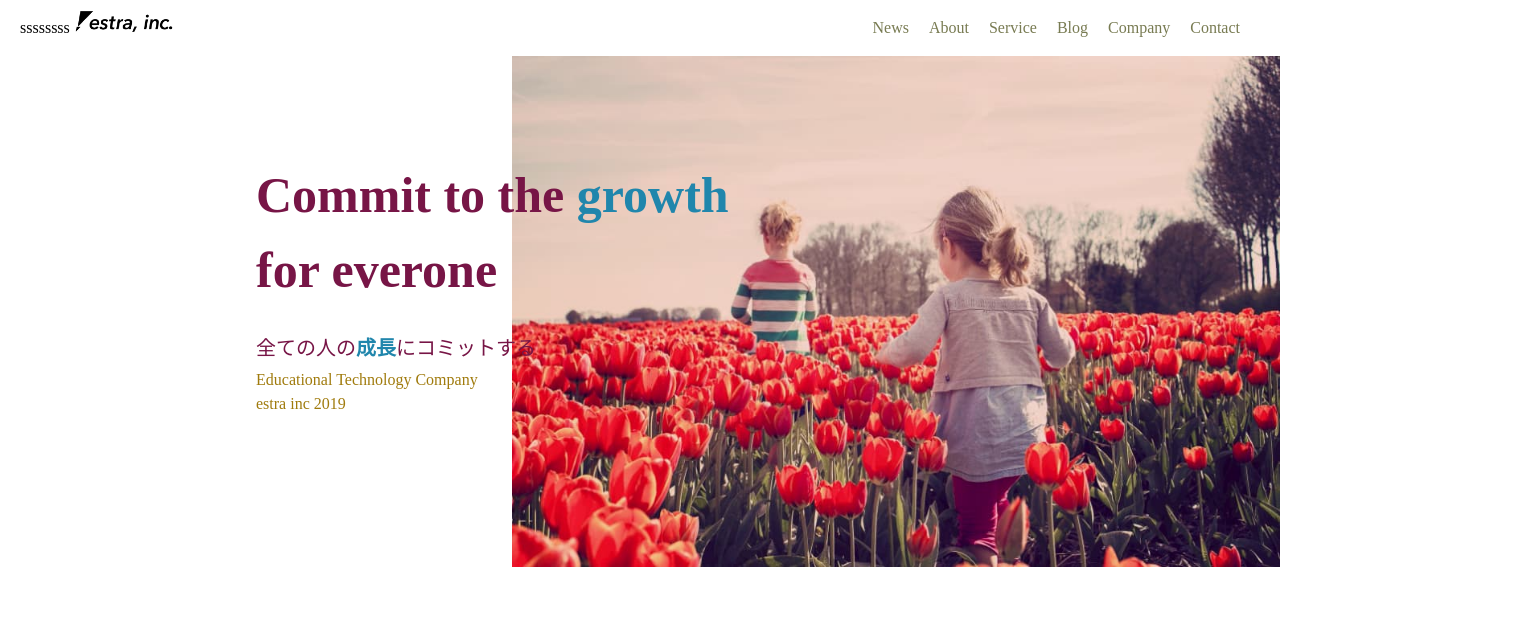
Repository: masanarimiura/20220504miura
Page: index.html
An editor plug-in stored every save of this project. The page is shown before and after a run of saves, followed by the edit.
The browser window is 1280 px wide. The page is 1536 px wide, so the pictures cover 1536 px, including what lies to the right of the window. The pictures show the whole page.
Some web fonts or font styles are not loaded; a fallback is used.

Above is the page before, as saved 2022-05-04 18:42:38.

### index.html
<!DOCTYPE html>
<html lang="ja">

<head>
  <meta charset="UTF-8">
  <meta http-equiv="X-UA-Compatible" content="IE=edge">
  <meta name="viewport" content="width=device-width, initial-scale=1.0">
  <title>20220504miura</title>
  <link rel="stylesheet" href="css/reset.css">
  <link rel="stylesheet" href="css/style.css">
  <link rel="preconnect" href="https://fonts.googleapis.com">
  <link rel="preconnect" href="https://fonts.gstatic.com" crossorigin>
  <link href="https://fonts.googleapis.com/css2?family=Gochi+Hand&display=swap" rel="stylesheet">
</head>
<header class="header">
  <div class="header-inner">
    <div class="header-logo">
      <a href="">ssssssss
        <img src="img/estra_logo.png" alt="">
      </a>
    </div>
    <nav class="header-nav">
      <ul class="header-nav-list">
        <li class="header-nav-item"><a href="" class="header-nav-link">
            News
          </a></li>
        <li class="header-nav-item"><a href="" class="header-nav-link">
            About
          </a></li>
        <li class="header-nav-item"><a href="" class="header-nav-link">
            Service
          </a></li>
        <li class="header-nav-item"><a href="" class="header-nav-link">
            Blog
          </a></li>
        <li class="header-nav-item"><a href="" class="header-nav-link">
            Company
          </a></li>
        <li class="header-nav-item"><a href="" class="header-nav-link">
            Contact
          </a></li>
      </ul>
    </nav>
  </div>
</header>
<div class="firstview">
  <img src="img/firstview.jpg" alt="">
  <div class="firstview-inner">
    <h2 class="firstview-ttl">
      Commit to the <span class="firstview-text-emphasis">growth</span> <br>for everone
    </h2>
    <div class="firstview">
      <p class="firstview-text">
        全ての人の<span class="firstview-text-emphasis">成長</span>にコミットする
      </p>
      <p class="firstview-en">
        Educational Technology Company <br>estra inc 2019
      </p>
    </div>
  </div>

</div>

<body>

</body>

</html>

### css/style.css
a {
  text-decoration: none;
  color: inherit;
}
.header {
  width: 100%;
}
.header-inner {
  display: flex;
  justify-content: space-between;
  margin: 10px 20px;
}
.header img {
  width: 100px;
}
.header-nav {
  margin: 10px 20px;
}
.header-nav-list {
  display: flex;
  justify-content: center;
}
.header-nav-item {
  color: rgb(120, 123, 82);
}
.header-nav-item:not(:last-child) {
  padding-right: 20px;
}
.firstview {
  width: 100%;
  position: relative;
}
.firstview-inner {
  position: absolute;
  top: 20%;
  left: 20%;
  width: 100%;
}
.firstview img {
  width: 60%;
  margin: 0 0 0 auto;
  display: block;
}
.firstview-ttl {
  color: rgb(119, 21, 70);
  font-size: 50px;
  font-family: "Gochi Hand", cursive;
  line-height: 1.5;
}
.firstview-text {
  color: rgb(119, 21, 70);
  font-size: 20px;
  margin-top: 30px;
}
.firstview-en {
  color: rgb(160, 123, 13);
  line-height: 1.5;
  margin-top: 10px;
}
.firstview-text-emphasis {
  color: rgb(32, 134, 172);
  font-weight: bold;
}

Loaded but not shown: css/reset.css (common file)

After the next 2 saves:
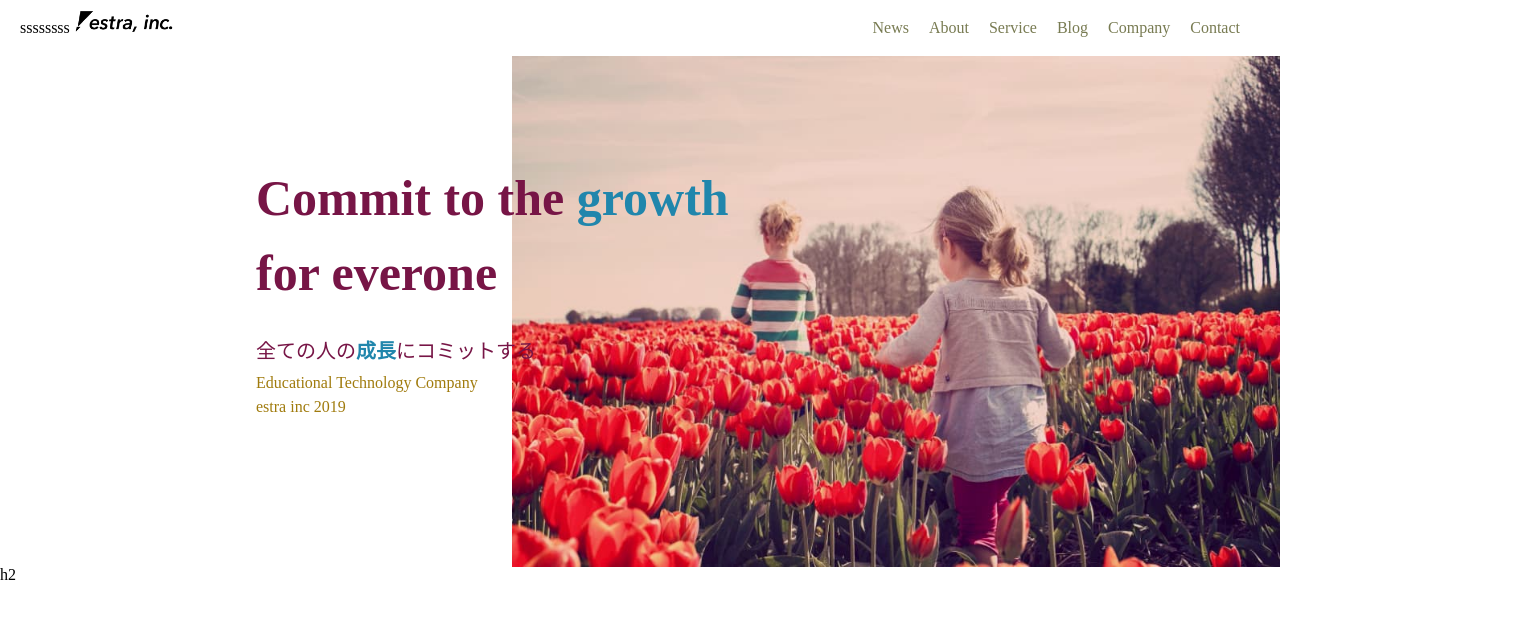
The 2 saves are shown as one change because they came seconds apart.
The last was saved 77 s later.
--- a/index.html
+++ b/index.html
@@ -58,7 +58,7 @@
       </p>
     </div>
   </div>
-
+  h2
 </div>
 
 <body>

After the save that followed:
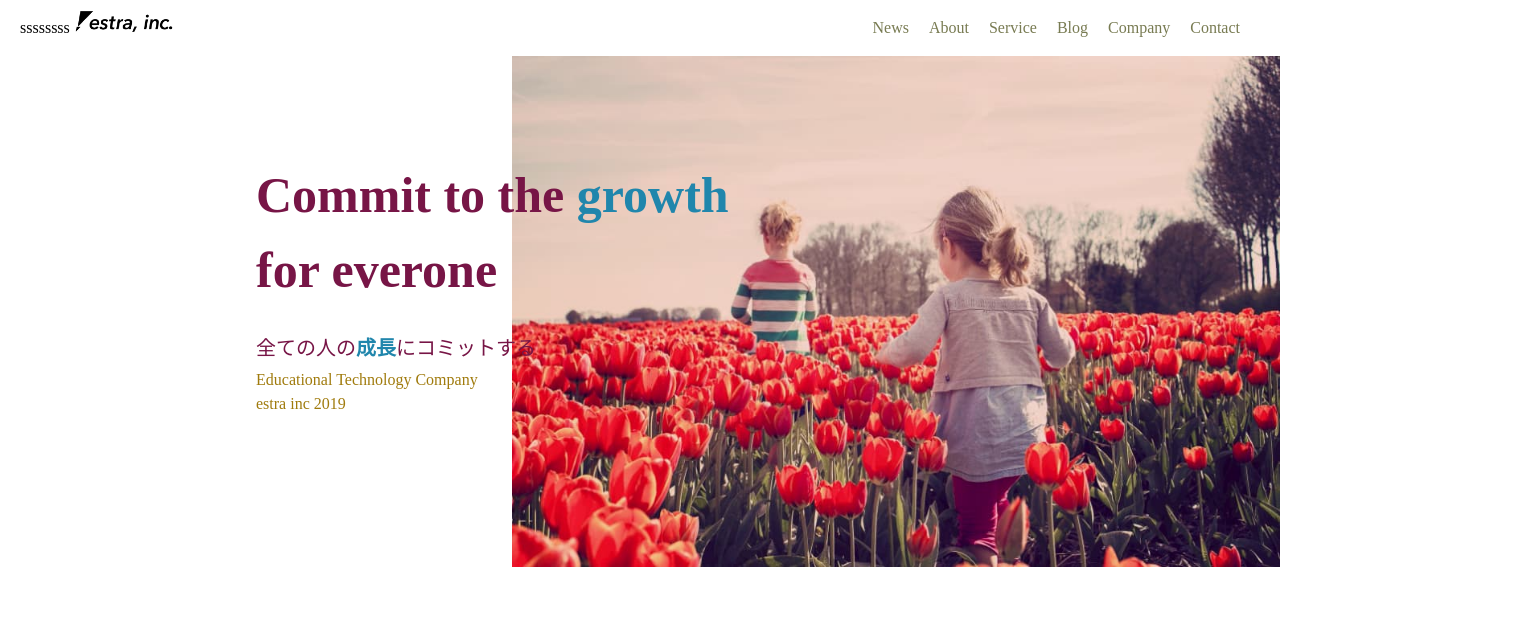
Saved 5 s later.
--- a/index.html
+++ b/index.html
@@ -58,7 +58,7 @@
       </p>
     </div>
   </div>
-  h2
+  <h2></h2>
 </div>
 
 <body>
